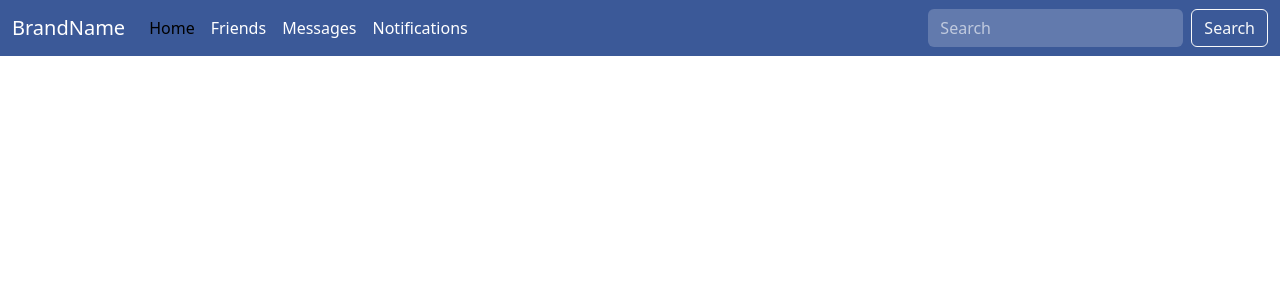
Repository: BoguszKonrady/FORUM
Page: http://localhost/app/views/layout/navbar.php
These files come from the project's save history. The page is drawn as it stood at one moment and after the next save; the edit follows.
The browser window is 1280 px wide. The pictures show the whole page.
The page is run by PHP 8.4 with error messages shown; the project is at /var/www/html/.

Above is the page before, as saved 2024-06-06 20:52:36.

After the next save:
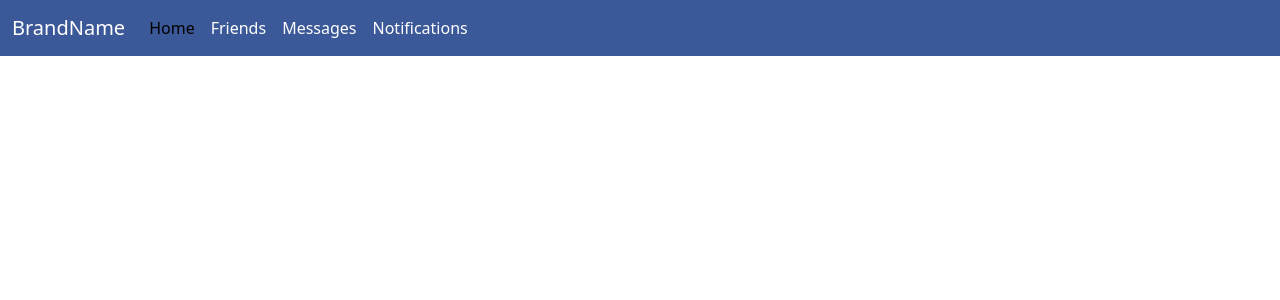
Saved 67 s later.
--- a/app/views/layout/navbar.php
+++ b/app/views/layout/navbar.php
@@ -31,6 +31,8 @@
             <span class="navbar-toggler-icon"></span>
         </button>
         <div class="collapse navbar-collapse" id="navbarNav">
+
+            <form class="d-flex" role="search">
             <ul class="navbar-nav me-auto mb-2 mb-lg-0">
                 <li class="nav-item">
                     <a class="nav-link active" aria-current="page" href="#">Home</a>
@@ -45,9 +47,6 @@
                     <a class="nav-link" href="#">Notifications</a>
                 </li>
             </ul>
-            <form class="d-flex" role="search">
-                <input class="form-control me-2" type="search" placeholder="Search" aria-label="Search">
-                <button class="btn btn-outline-light" type="submit">Search</button>
             </form>
         </div>
     </div>
